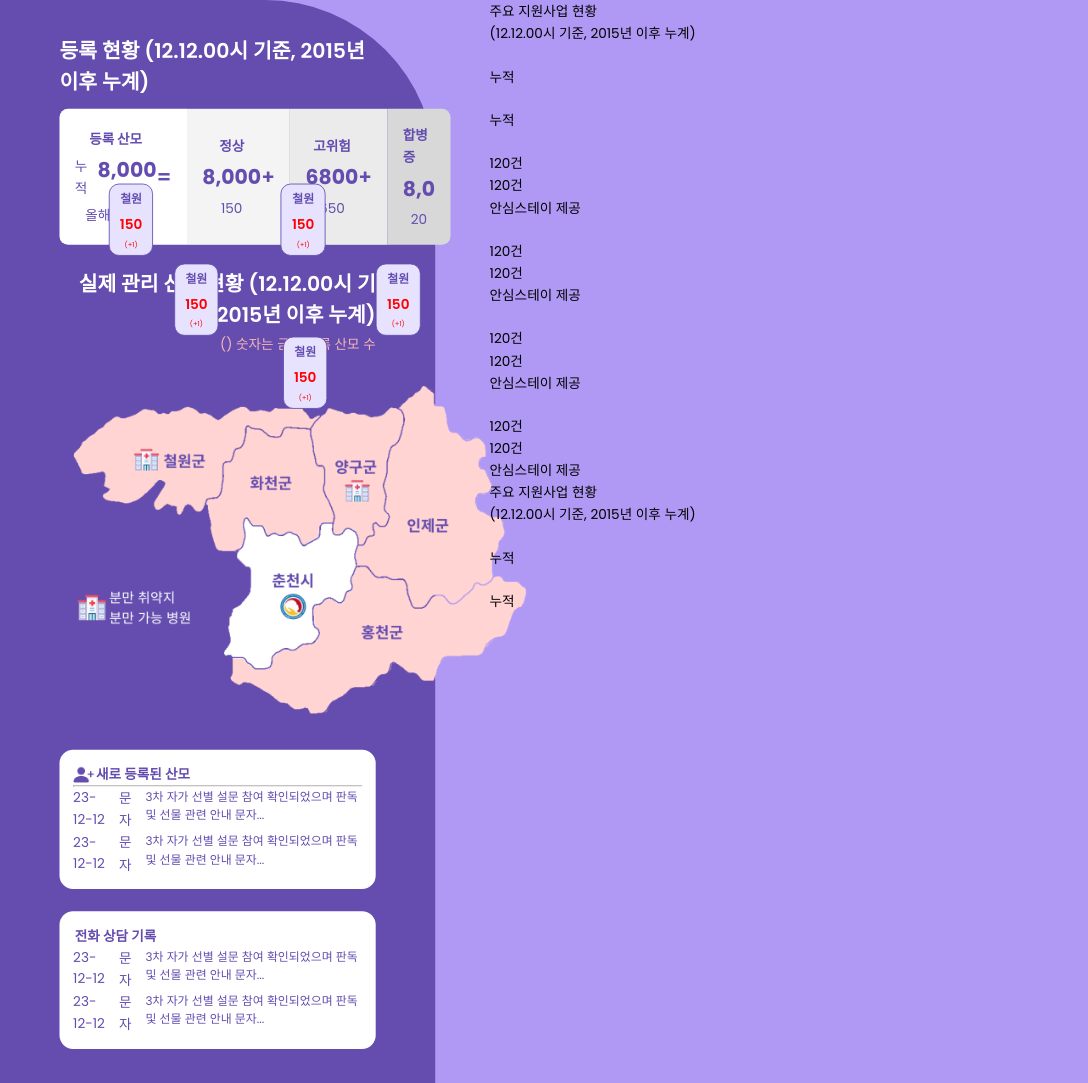
Repository: giapchicuong/Perganancy_Web
Page: index.html
These files come from the project's save history. The page is drawn as it stood at one moment and after the next save; the edit follows.
The browser window is 1280 px wide. The pictures show the whole page, at 85% of full size.

Above is the page before, as saved 2024-03-06 18:42:06.

After the next save:
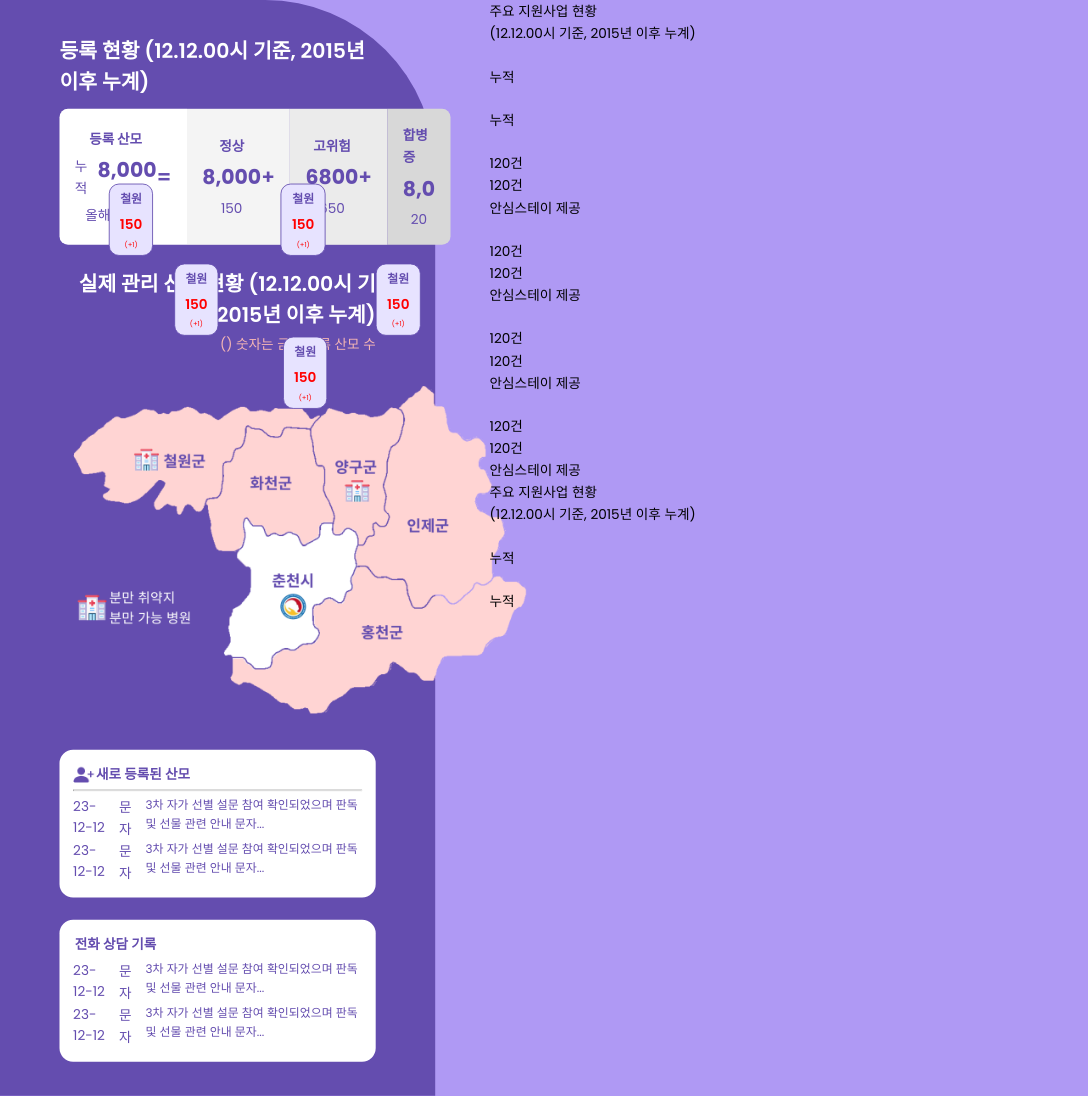
Saved 36 s later.
--- a/assets/style.css
+++ b/assets/style.css
@@ -170,6 +170,9 @@
     border-radius: 16px;
     color: var(--primary);
     padding: 16px;
+    display: flex;
+    flex-direction: column;
+    gap: 5px;
 }
 .advertising-left__box-title{
     display: flex;
